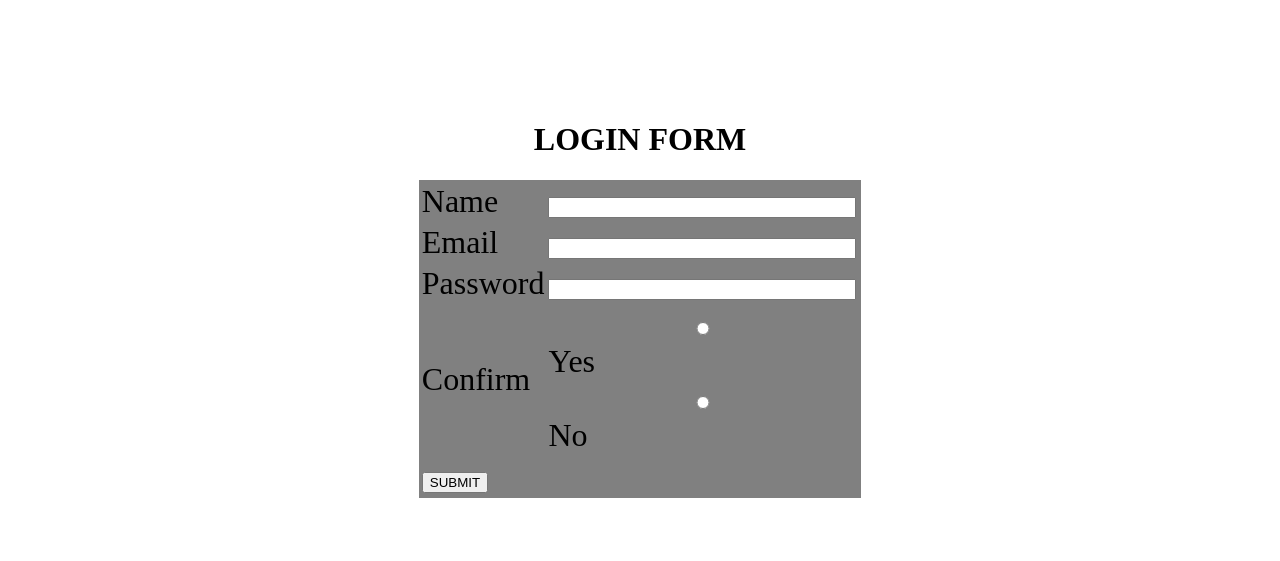
Repository: obusakthi539/Loginform
Page: Login.html
These files come from the project's save history. The page is drawn as it stood at one moment and after the next save; the edit follows.
The browser window is 1280 px wide. The pictures show the whole page.

Above is the page before, as saved 2025-01-10 18:16:14.

### Login.html
<!DOCTYPE html>
<html lang="en">
<head>
    <meta charset="UTF-8">
    <meta name="viewport" content="width=device-width, initial-scale=1.0">
    <title>Document</title>
    <style>
        body{
             display: flex;
             flex-direction:column;
             align-items: center;
             justify-content: center;
             margin-top: 100px;
        }
        .a{
            background-color:gray;
            font-size: xx-large;
            width: 35%;
            display: flex;
           flex-direction: column;

        }
        .a input{
            width: 300px;
            h
        }
    </style>
</head>
<body>

    <h1>LOGIN FORM</h1>
    <div class="a">
        <form action=""></form>
        <table>
            <tr>
                <td> <label for="">Name</label></td>
                <td><input type="text"></td>
            </tr>
            <tr>
                <td><label for="">Email</label></td>
                <td><input type="email"></td>
            </tr>
            <tr>
                <td> <label for="">Password</label></td>
                <td><input type="password"></td>
            </tr>
            <tr>
                <td> <label for="">Confirm</label></td>
                <td radio><input type="radio" name="a" id="i">Yes<input type="radio" name="a" id="i">No</td>
            </tr>
            <tr>
                <td><button>SUBMIT</button></td>
            </tr>
        </table>
    </div>
</body>
</html>

After the next save:
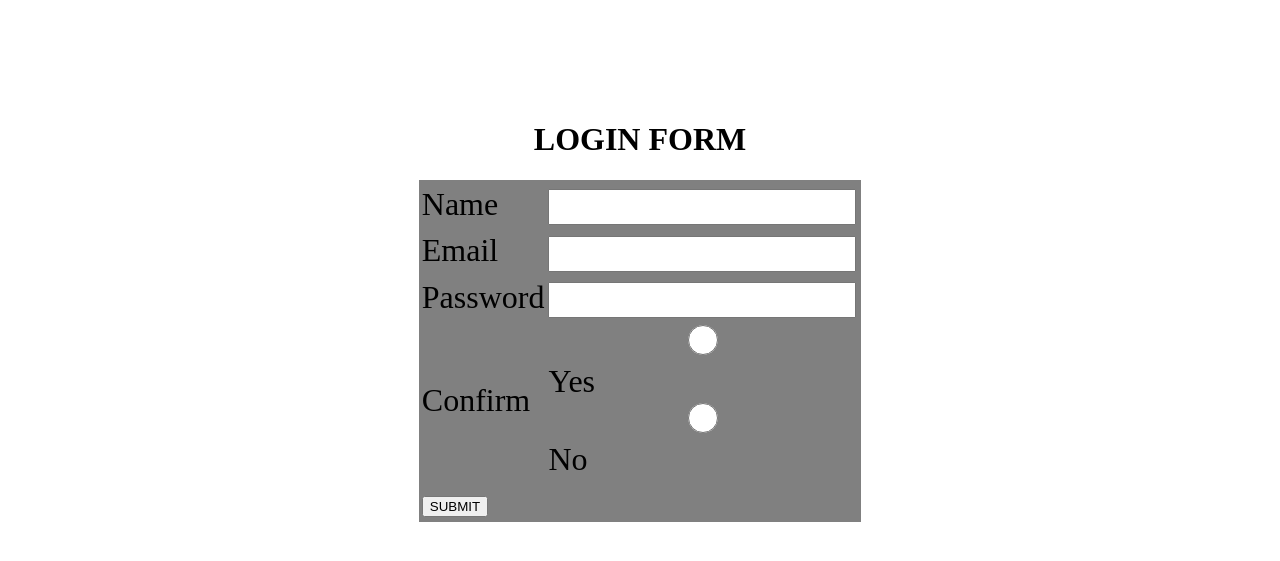
Saved 4 s later.
--- a/Login.html
+++ b/Login.html
@@ -22,7 +22,7 @@
         }
         .a input{
             width: 300px;
-            h
+            height: 30px;
         }
     </style>
 </head>
